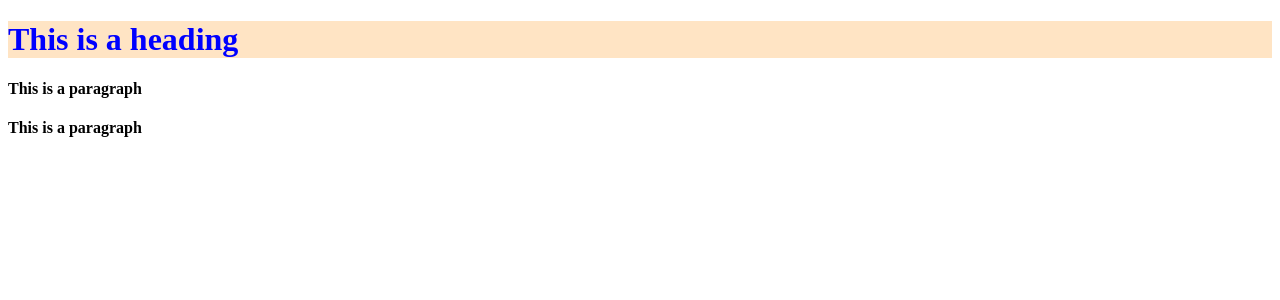
Repository: AishwaryaPandey987/PGLife
Page: home.html
An editor plug-in stored every save of this project. The page is shown before and after the next save, followed by the edit.
The browser window is 1280 px wide. The pictures show the whole page.

Above is the page before, as saved 2022-10-26 20:09:11.

### home.html
<!DOCTYPE html>
  <html>
    <head>
        <title>CSS Page</title>
         <link rel="stylesheet" href="css/style.css" />
    </head>
    <body>
      <div>
          <p>
          <h1 class="heading">This is a heading</h1>
          </p>
       </div>
      <div>
          <p>
              <h4 class="heading">This is a paragraph</h4>
              <h4 id="head">This is a paragraph</h4>
          </p>
      </div>
    </body>
  </html>

### css/style.css


div h1{
  color: blue;
  background-color: bisque;
}

p > h4{
  color: black;
  background-color: burlywood;
}

After the next save:
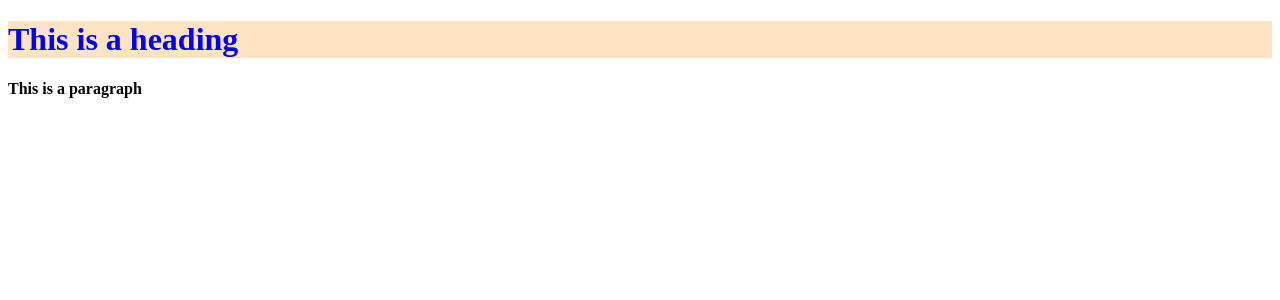
Saved 25 s later.
--- a/home.html
+++ b/home.html
@@ -13,7 +13,7 @@
       <div>
           <p>
               <h4 class="heading">This is a paragraph</h4>
-              <h4 id="head">This is a paragraph</h4>
+
           </p>
       </div>
     </body>
